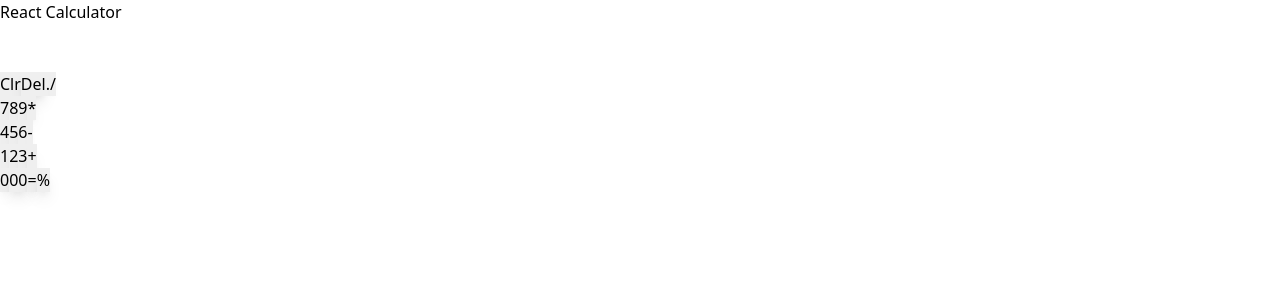
Repository: latenightsnacc/React-Calculator
Page: / (app in docs/react-calculator/)
These files come from the project's save history. The page is drawn as it stood at one moment and after the next save; the edit follows.
The browser window is 1280 px wide. The pictures show the whole page.
The project was rebuilt for these pictures with package versions that can differ from the ones it lists, and the page was loaded fresh each time. Also part of the build but not shown: docs/react-calculator/craco.config.js.

Above is the page before, as saved 2021-11-11 15:40:55.

### docs/react-calculator/src/components/Calculator.js
import React, { Component } from 'react'
import CalculatorTitle from './CalculatorTitle'
import CalculatorScreen from './CalculatorScreen'
import Button from './Button'

class Calculator extends Component {
    render() {
        return (
            <div className="frame">
                <CalculatorTitle value="React Calculator" />
                <div className="calculator-body">
                    <CalculatorScreen />
                    <div className="button-row">
                        <Button label={'Clr'} />
                        <Button label={'Del'} />
                        <Button label={'.'}/>
                        <Button label={'/'}/>
                    </div>
                    <div className="button-row">
                        <Button label={'7'}/>
                        <Button label={'8'}/>
                        <Button label={'9'}/>
                        <Button label={'*'}/>
                    </div>
                    <div className="button-row">
                        <Button label={'4'}/>
                        <Button label={'5'}/>
                        <Button label={'6'}/>
                        <Button label={'-'}/>
                    </div>
                    <div className="button-row">
                        <Button label={'1'}/>
                        <Button label={'2'}/>
                        <Button label={'3'}/>
                        <Button label={'+'}/>
                    </div>
                    <div className="button-row">
                        <Button label={'0'}/>
                        <Button label={'00'}/>
                        <Button label={'='}/>
                        <Button label={'%'}/>
                    </div>

                </div>
            </div>
        )
    }
}

export default Calculator

### docs/react-calculator/src/components/CalculatorTitle.js
import React from 'react'

function CalculatorTitle(props) {
    return (
        <div className='calculator-title'>
            {props.value}
        </div>
    )
}

export default CalculatorTitle

### docs/react-calculator/src/components/CalculatorScreen.js
import React from 'react'
import CalculatorOutputRow from './CalculatorOutputRow'

const CalculatorScreen = () => {
    return (
        <div className="screen">
            <CalculatorOutputRow/>
            <CalculatorOutputRow/>
        </div>
    )
}

export default CalculatorScreen;

### docs/react-calculator/src/components/Button.js
import React from 'react'

const Button = (props) => {
    return(
        <input className="shadow-lg"
            type="button"
            value={props.label}
        />
    )
}

export default Button;

### docs/react-calculator/src/components/CalculatorOutputRow.js
import React from 'react';

const CalculatorOutputRow = () => {
    return(
        <div className="screen-row">
            <input type="text" readOnly />
        </div>
    )
}

export default CalculatorOutputRow

Loaded but not shown: docs/react-calculator/public/index.html (common file); docs/react-calculator/src/index.js (common file); docs/react-calculator/src/index.css (common file); docs/react-calculator/src/App.js (common file); docs/react-calculator/src/reportWebVitals.js (common file); docs/react-calculator/tailwind.config.js (common file)

After the next save:
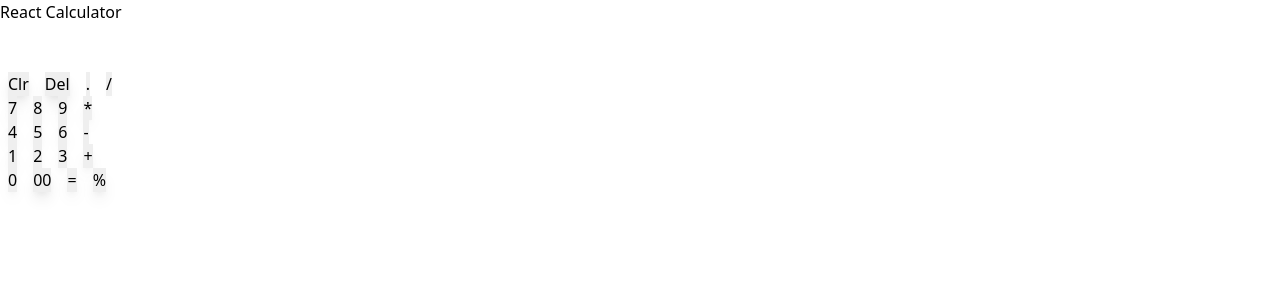
Saved 8 s later.
--- a/docs/react-calculator/src/components/Button.js
+++ b/docs/react-calculator/src/components/Button.js
@@ -2,7 +2,7 @@ import React from 'react'
 
 const Button = (props) => {
     return(
-        <input className="shadow-lg"
+        <input className="shadow-lg mx-2"
             type="button"
             value={props.label}
         />
